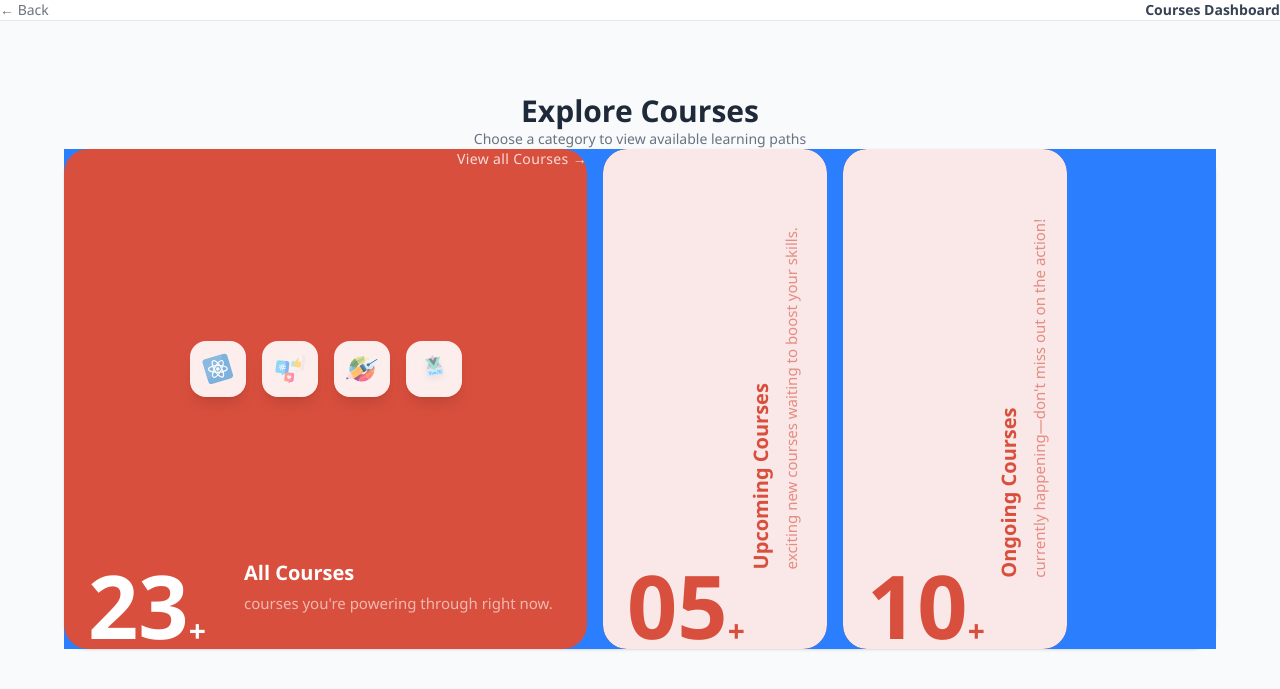
Repository: RahulRajKhadka/nextjs-dashboard-app
Page: /task2
These files come from the project's save history. The page is drawn as it stood at one moment and after a run of saves; the edit follows.
The browser window is 1280 px wide. The pictures show the whole page.
The project was rebuilt for these pictures with package versions that can differ from the ones it lists, and the page was loaded fresh each time. The framework's server and built-in components were replaced by stand-ins that run in the browser. Also part of the build but not shown: next.config.ts.

Above is the page before, as saved 2026-04-10 14:15:19.

After the next 5 saves:
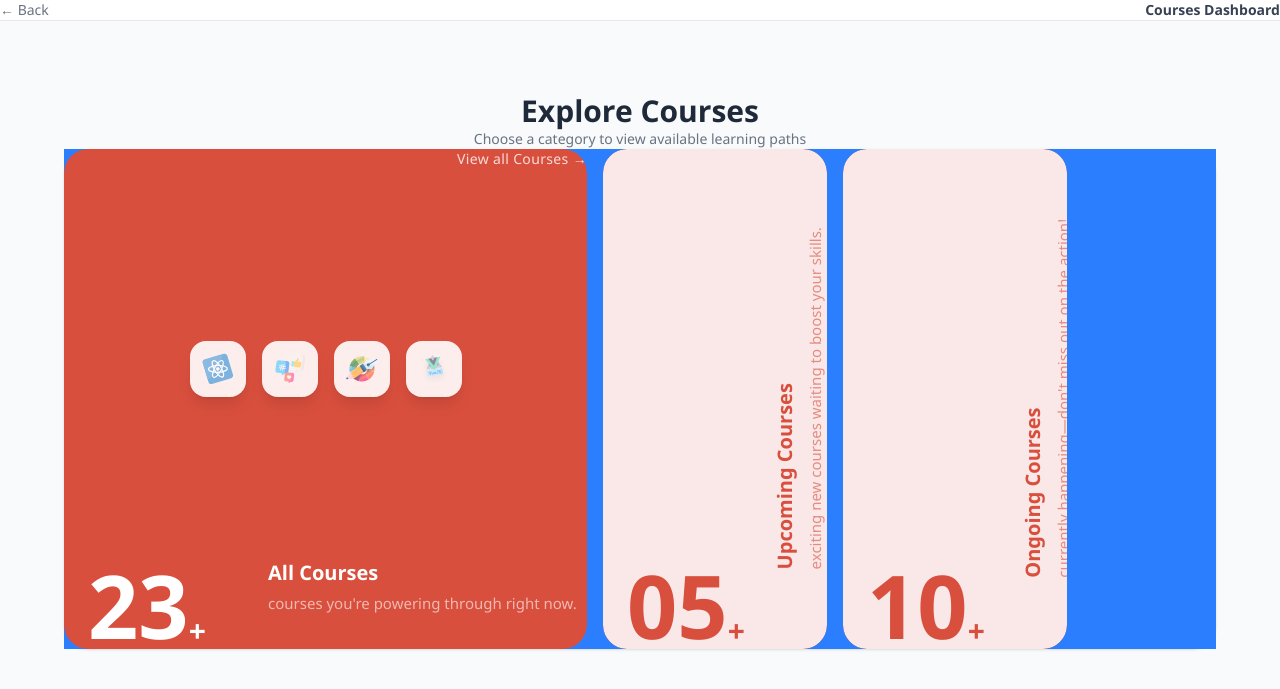
The 5 saves are shown as one change because they came seconds apart.
The last was saved 11 s later.
--- a/src/components/task2/CourseCard.tsx
+++ b/src/components/task2/CourseCard.tsx
@@ -179,7 +179,7 @@
       </div>
 
       {/* SINGLE LABEL — starts centered, rotates and moves on expand */}
-      <div className="absolute inset-0 z-[4]  flex items-center  pointer-events-none">
+      <div className="absolute inset-0 z-[4] left-6 flex items-center  pointer-events-none">
         <div
           ref={collapsedLabelRef}
           className="flex flex-col gap-1"

After the 3 saves that followed:
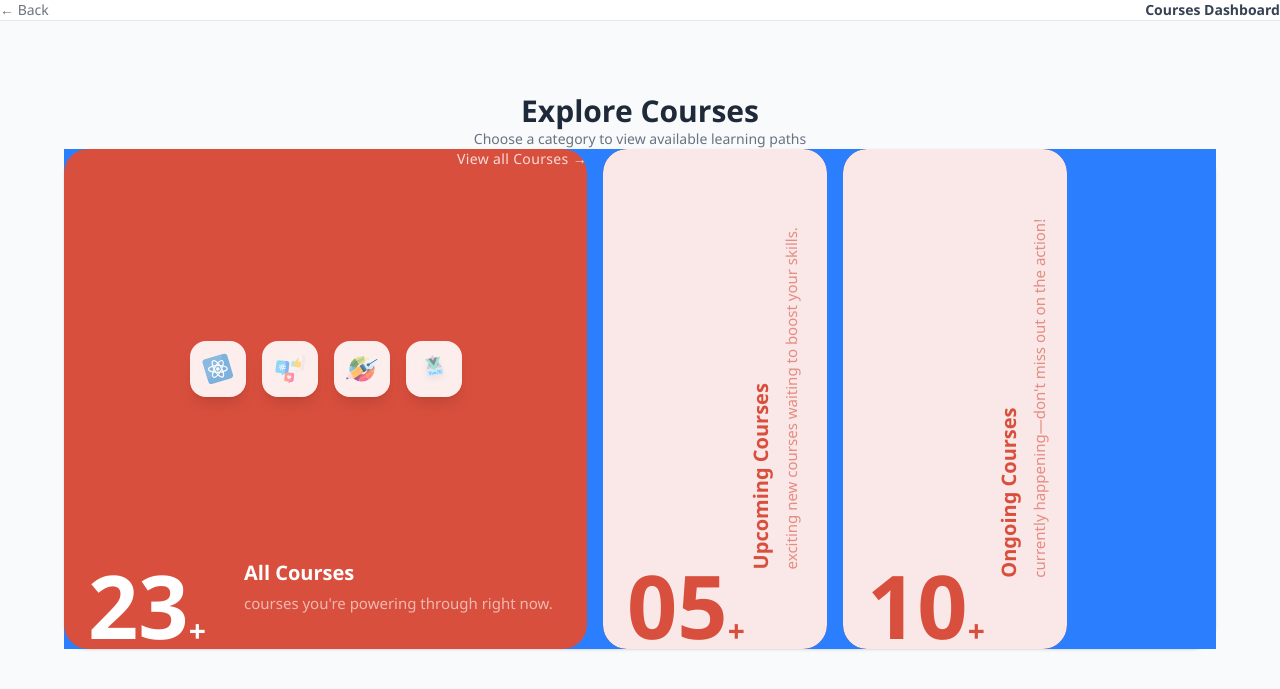
The 3 saves are shown as one change because they came seconds apart.
The last was saved 9 s later.
--- a/src/components/task2/CourseCard.tsx
+++ b/src/components/task2/CourseCard.tsx
@@ -179,7 +179,7 @@
       </div>
 
       {/* SINGLE LABEL — starts centered, rotates and moves on expand */}
-      <div className="absolute inset-0 z-[4] left-6 flex items-center  pointer-events-none">
+      <div className="absolute inset-0 z-[4] flex-start flex items-center  pointer-events-none">
         <div
           ref={collapsedLabelRef}
           className="flex flex-col gap-1"
